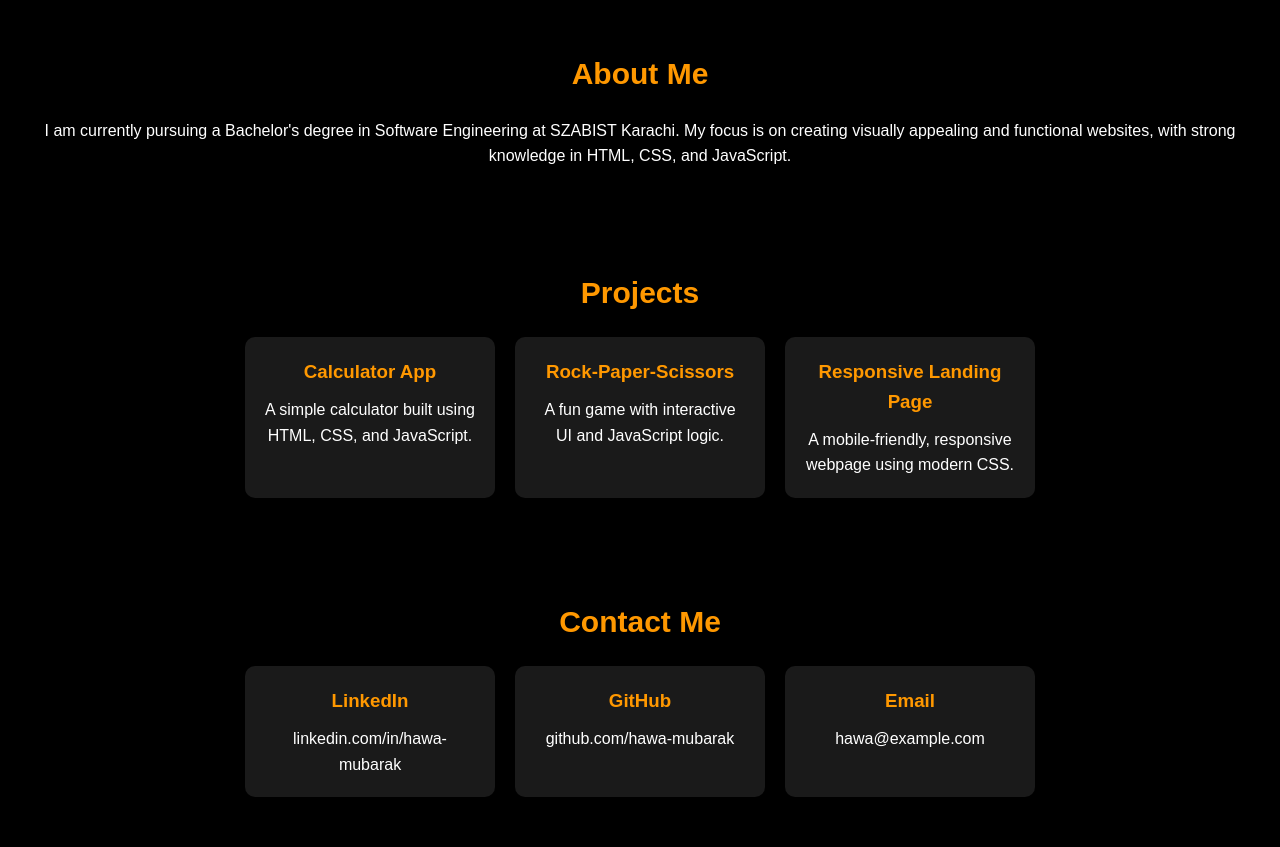
Repository: hawamubarakk/my-portfolio
Page: index.html
An editor plug-in stored every save of this project. The page is shown before and after the next save, followed by the edit.
The browser window is 1280 px wide. The pictures show the part of the page from y = 779 to 1626 px (the page is 1626 px tall).

Above is the page before, as saved 2025-08-12 17:32:04.

After the next save:
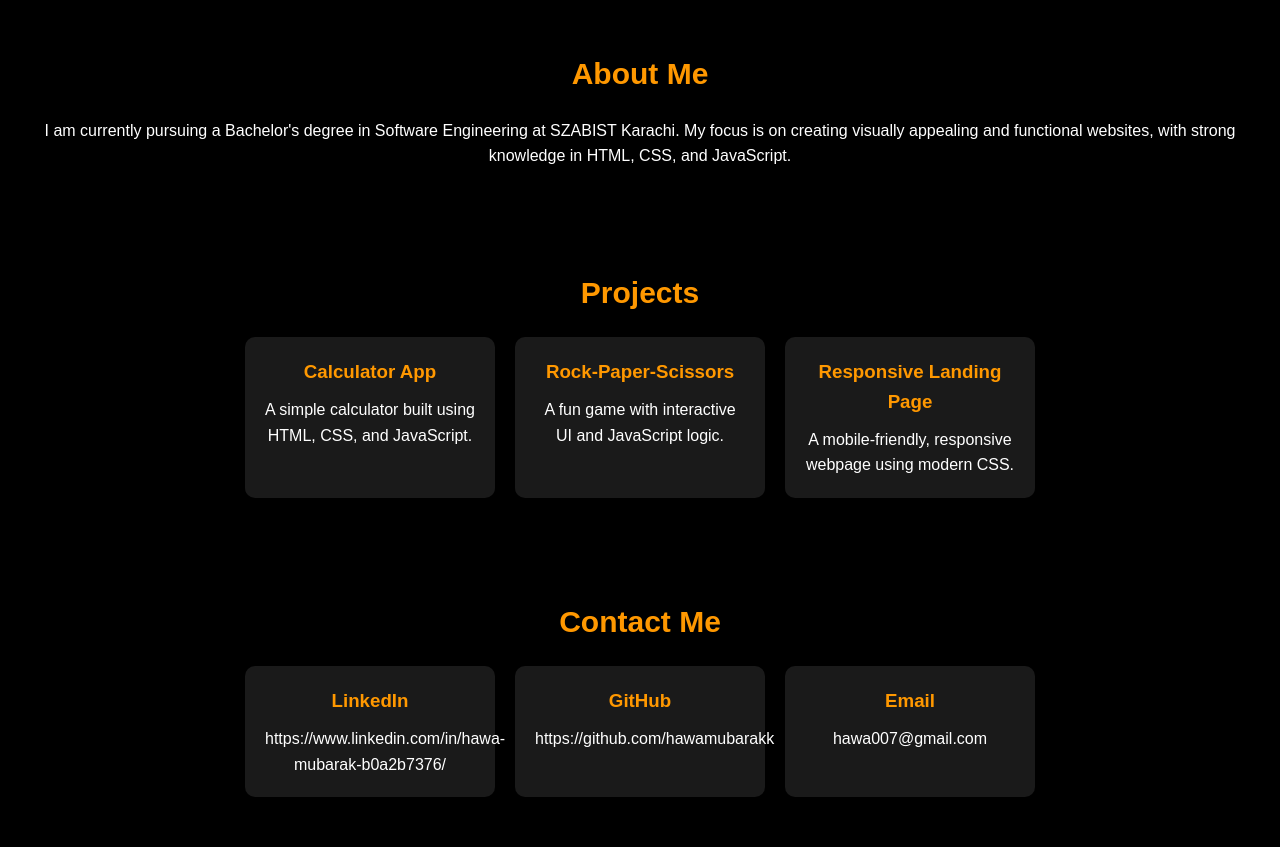
Saved 4 min 11 s later.
--- a/index.html
+++ b/index.html
@@ -58,15 +58,15 @@
         <div class="contact-boxes">
             <div class="contact-box">
                 <h3>LinkedIn</h3>
-                <p><a href="#">linkedin.com/in/hawa-mubarak</a></p>
+                <p><a href="#">https://www.linkedin.com/in/hawa-mubarak-b0a2b7376/</a></p>
             </div>
             <div class="contact-box">
                 <h3>GitHub</h3>
-                <p><a href="#">github.com/hawa-mubarak</a></p>
+                <p><a href="#">https://github.com/hawamubarakk</a></p>
             </div>
             <div class="contact-box">
                 <h3>Email</h3>
-                <p><a href="mailto:hawa@example.com">hawa@example.com</a></p>
+                <p><a href="mailto:hawa007@gmail.com">hawa007@gmail.com</a></p>
             </div>
         </div>
     </section>
